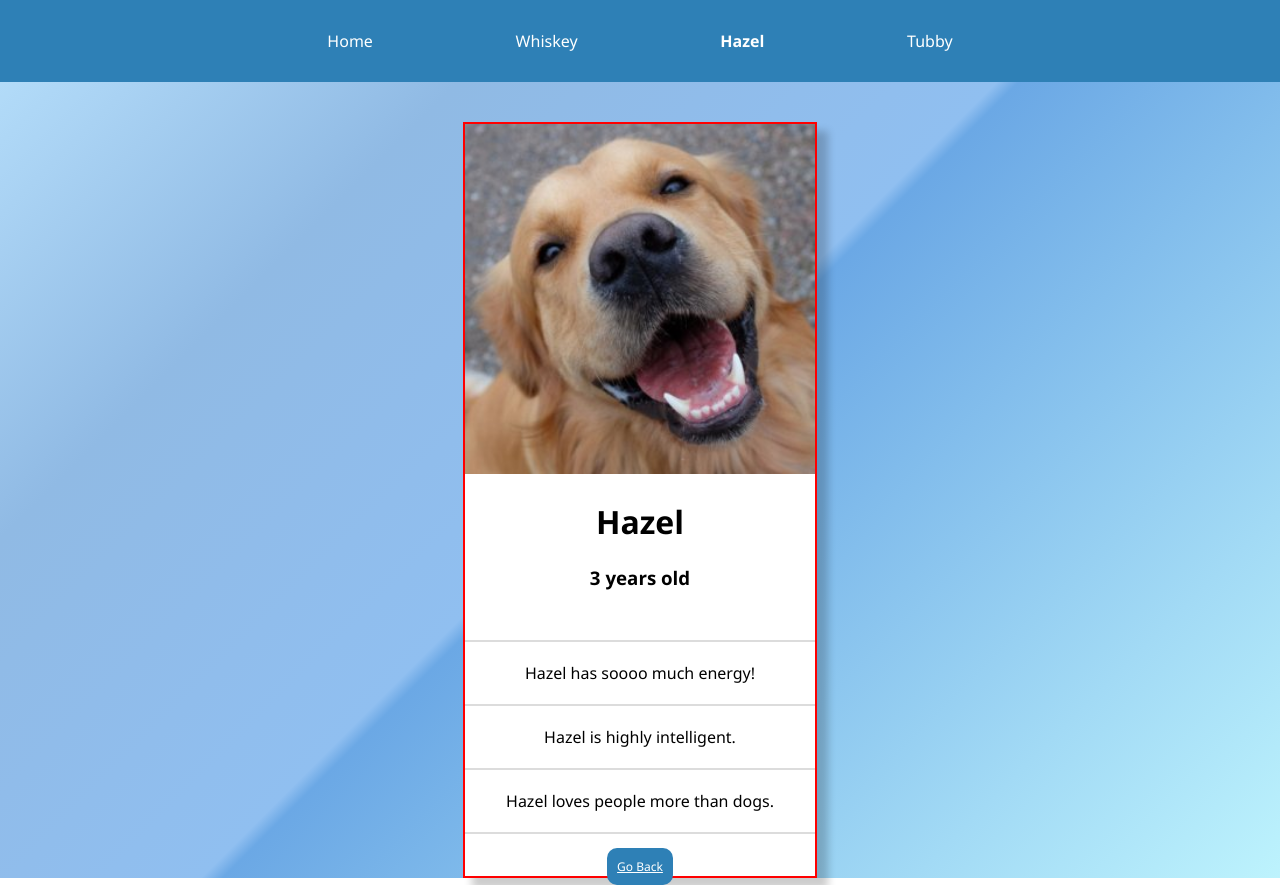
Repository: johnmutina/dog-finder
Page: /dogs/Hazel
The author's editor kept a copy of each file at every save. The page is drawn from the files as they stood at one save, then again after the next save.
The browser window is 1280 px wide. The pictures show the whole page.
The project was rebuilt for these pictures with package versions that can differ from the ones it lists, and the page was loaded fresh each time. Also part of the build but not shown: src/DogFinder.css, src/DogFinder.js.

Above is the page before, as saved 2019-07-28 16:32:00.

After the next save:
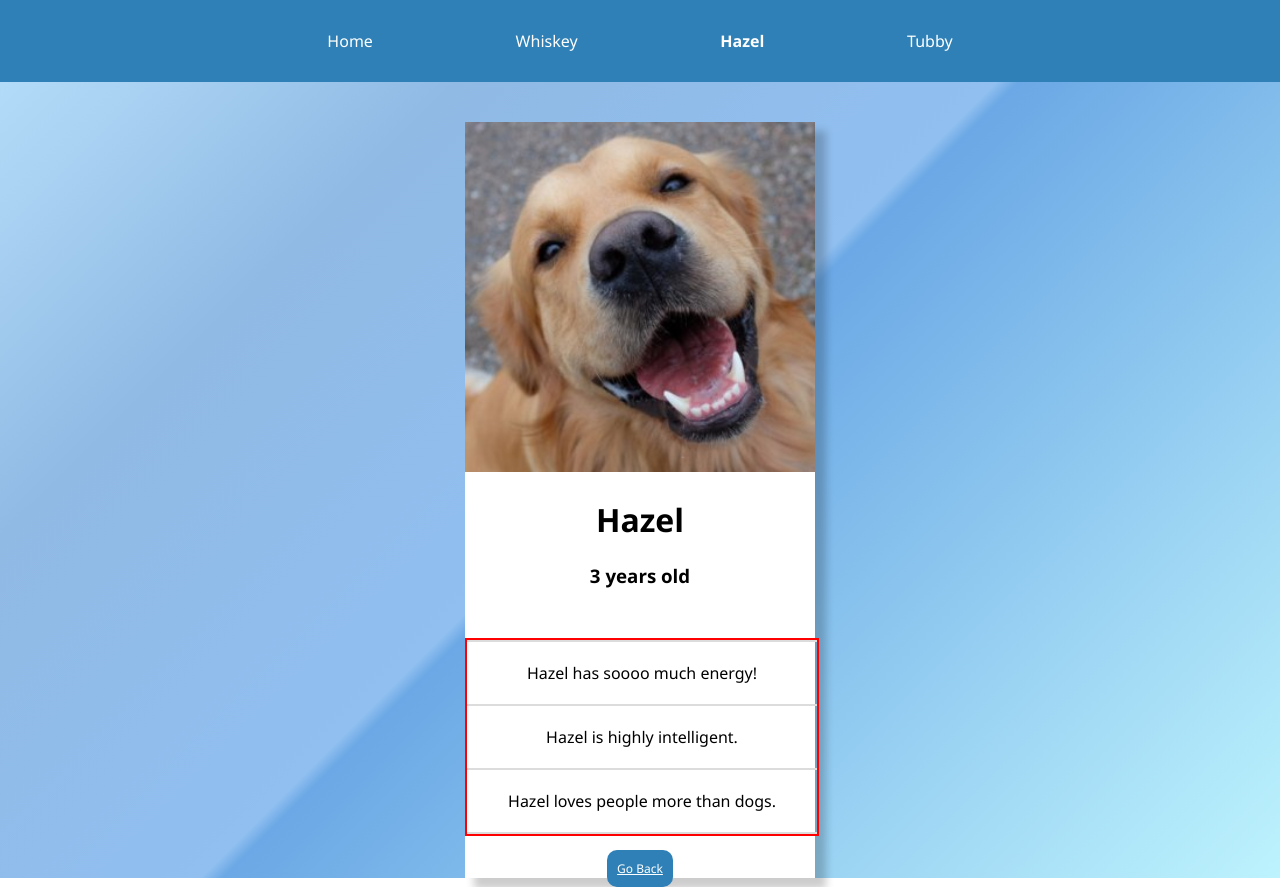
Saved 18 s later.
--- a/src/Dog.css
+++ b/src/Dog.css
@@ -1,5 +1,4 @@
 .Dog {
-  border: 2px solid red;
   width: 60%;
   max-width: 350px;
   margin: 40px auto 0 auto;
@@ -14,6 +13,7 @@
 }
 
 .Dog ul {
+  border: 2px solid red;
   list-style: none;
   padding-left: 0;
   margin: 50px 0 20px 0;
